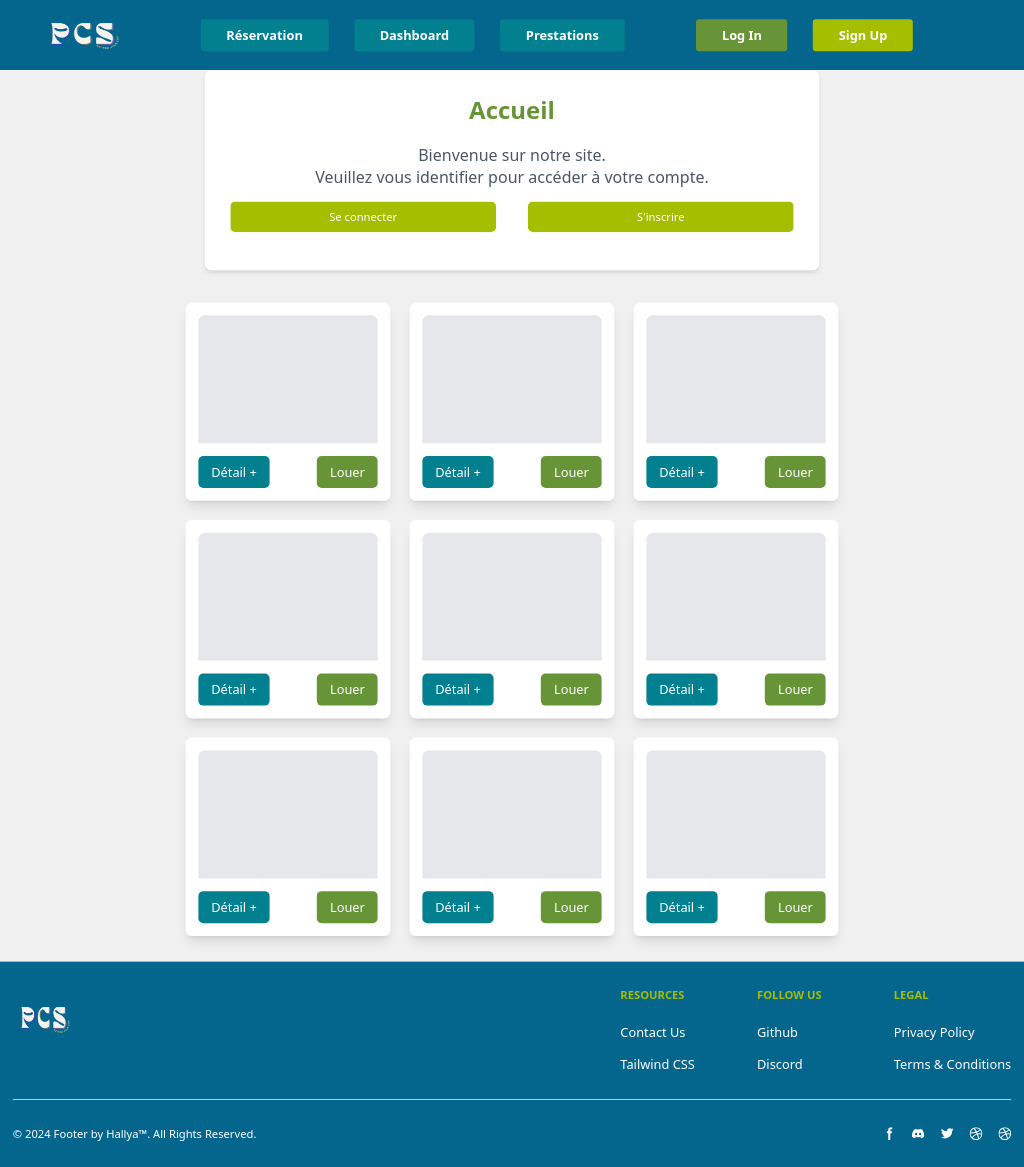
Repository: HATTOUNGBRE/ProjetAnnuel2
Page: / (app in FRONT/)
These files come from the project's save history. The page is drawn as it stood at one moment and after the next save; the edit follows.
The browser window is 1280 px wide. The pictures show the whole page, at 80% of full size.
The project was rebuilt for these pictures with package versions that can differ from the ones it lists, and the page was loaded fresh each time. Also part of the build but not shown: FRONT/vite.config.js, FRONT/src/components/Contact.jsx, FRONT/src/components/CatUser.jsx, FRONT/src/components/Login.jsx, FRONT/src/components/Account.jsx, FRONT/src/components/Inscription.jsx, FRONT/src/components/dashboard/VoyageurDashboard.jsx, FRONT/src/components/proprio/EditProduct.jsx and 11 more.

Above is the page before, as saved 2024-06-21 15:22:05.

After the next save:
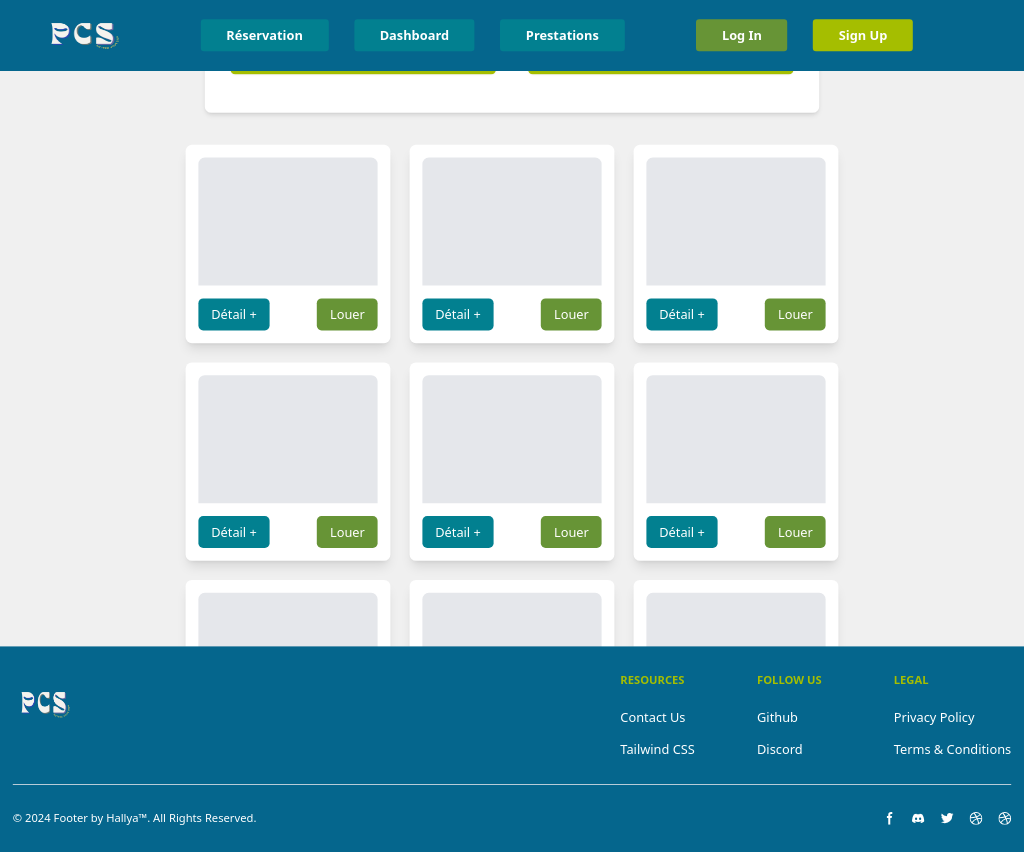
Saved 6 min 50 s later.
--- a/FRONT/src/App.jsx
+++ b/FRONT/src/App.jsx
@@ -53,7 +53,7 @@
     };
 
     return (
-        <div className="flex flex-col min-h-screen">
+        <body className="flex flex-col min-h-screen">
 
         <Router>
          <Header isLoggedIn={isLoggedIn} userRole={userRole} />
@@ -83,7 +83,7 @@
           <Footer />
         </Router>
 
-        </div>
+        </body>
     );
 }
 

After the save that followed:
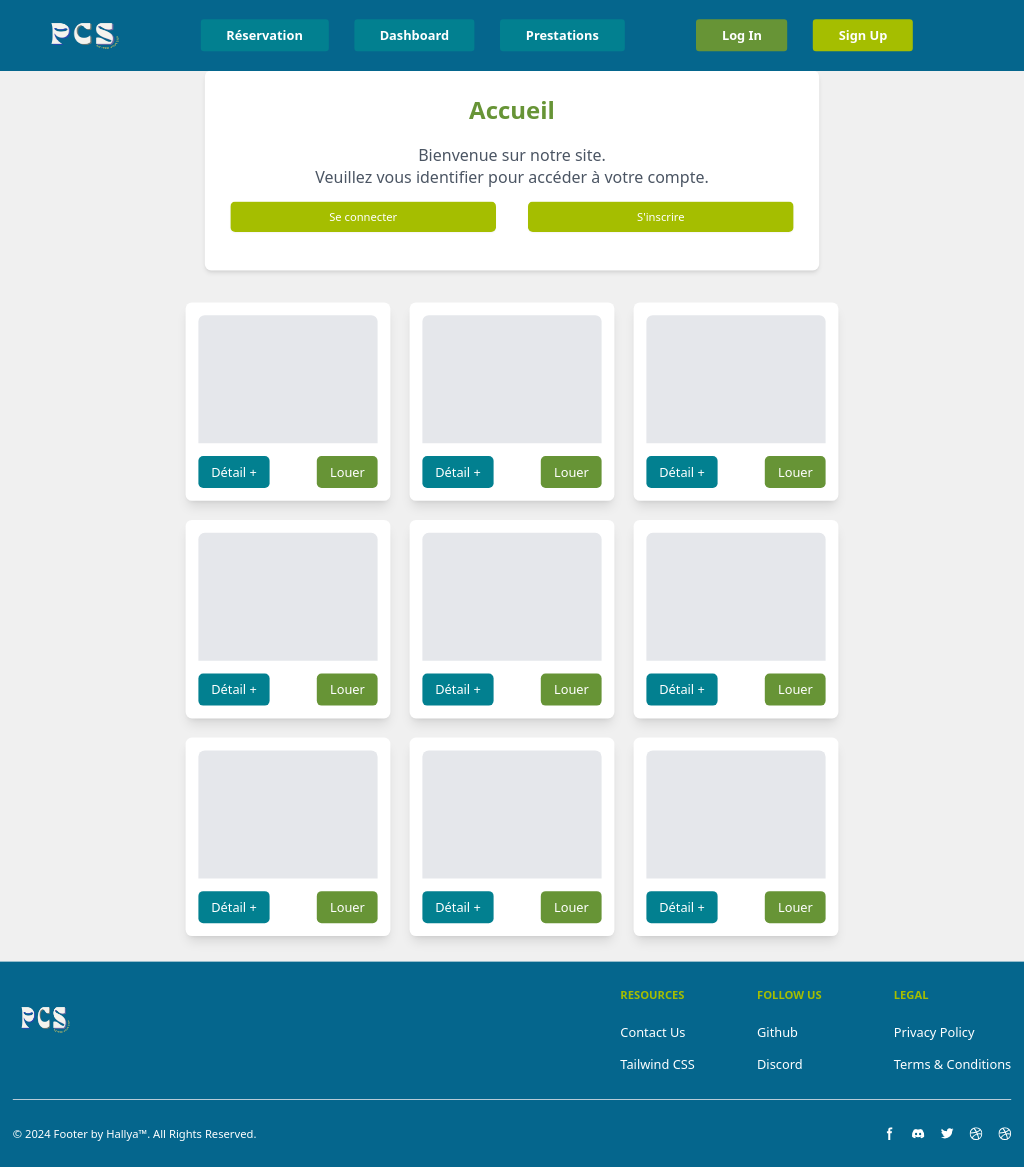
Saved 66 s later.
--- a/FRONT/src/App.jsx
+++ b/FRONT/src/App.jsx
@@ -53,8 +53,7 @@
     };
 
     return (
-        <body className="flex flex-col min-h-screen">
-
+        <body className="bg-gray-100">
         <Router>
          <Header isLoggedIn={isLoggedIn} userRole={userRole} />
             <Routes>
